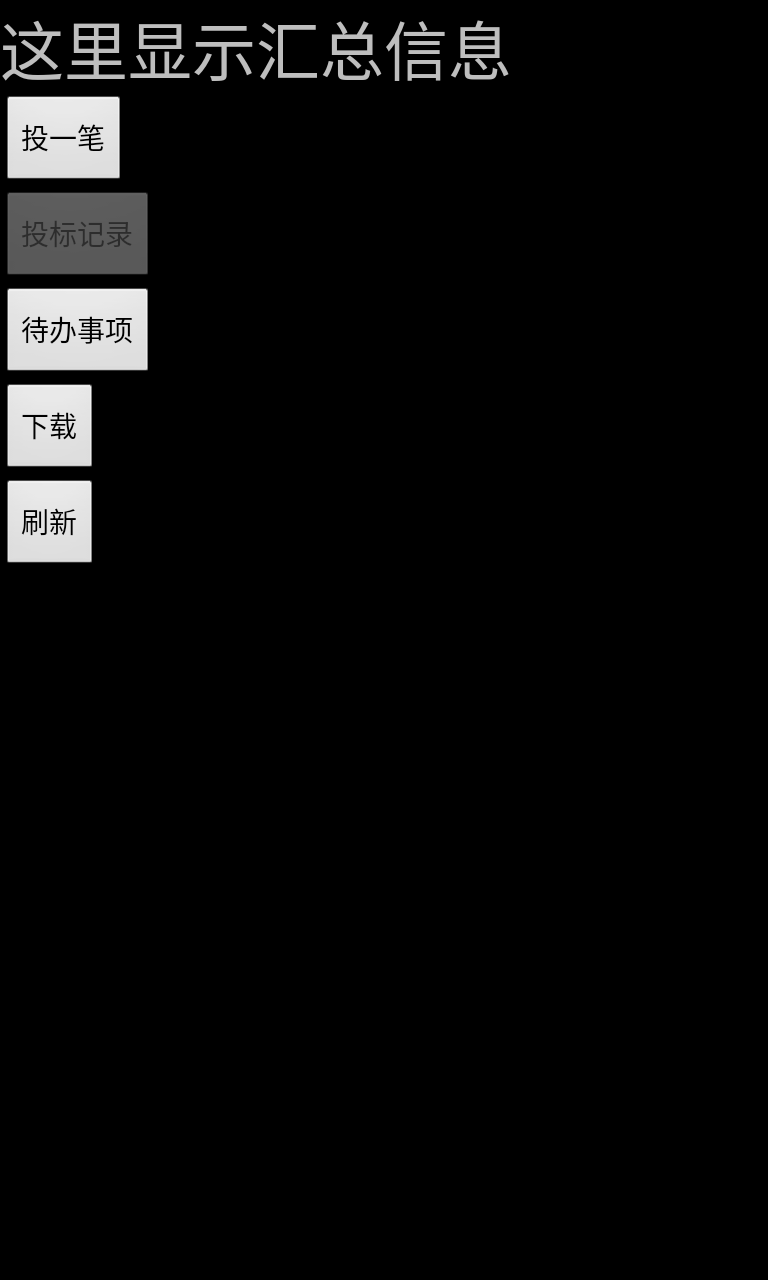
Repository: gongxinge/money-android
Layout: P2P/res/layout/main.xml
These files come from the project's save history. The layout is drawn as it stood at one moment and after a run of saves; the edit follows.
It is drawn on a 768 x 1280 px phone screen (xhdpi) without system bars, with theme android:Theme; the app's code is not run.

Above is the layout before, as saved 2015-06-28 07:33:07.

After the next 2 saves:
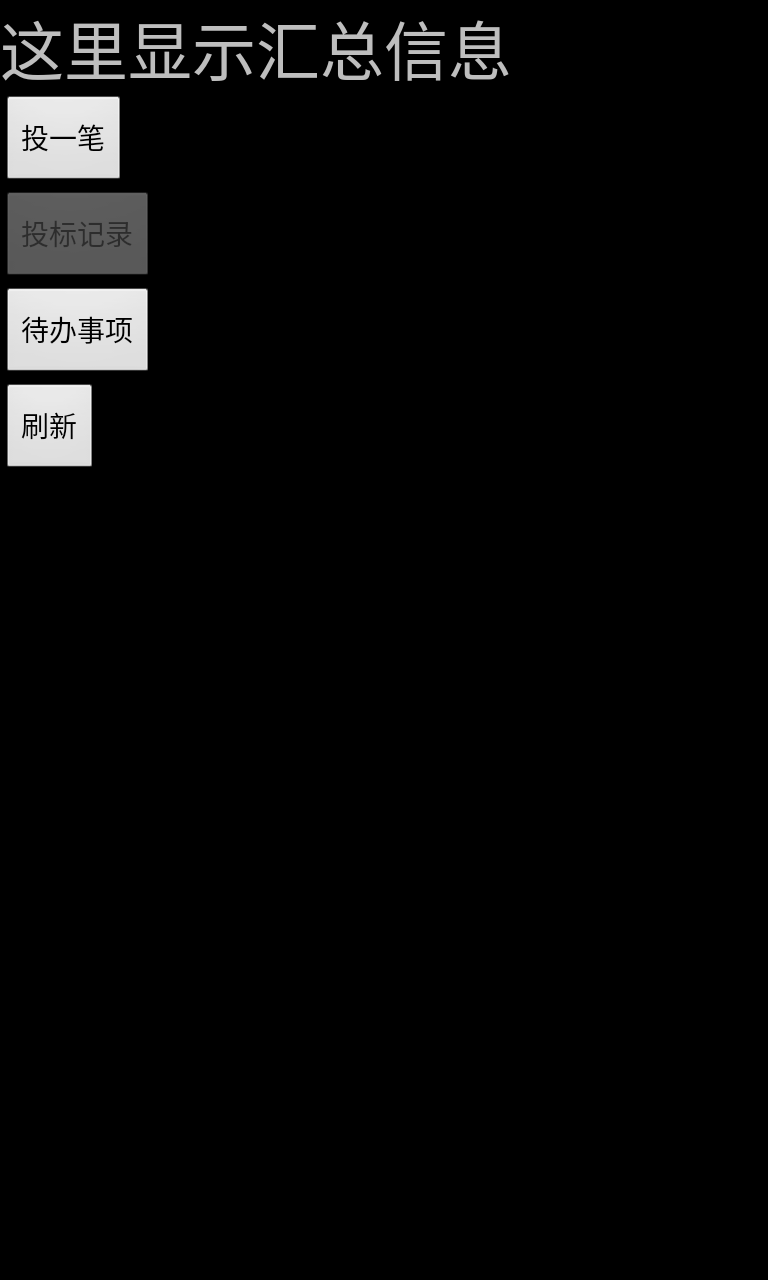
The 2 saves are shown as one change because they came seconds apart.
The last was saved 54 s later.
--- a/P2P/res/layout/main.xml
+++ b/P2P/res/layout/main.xml
@@ -2,21 +2,20 @@
 <LinearLayout xmlns:android="http://schemas.android.com/apk/res/android"
     android:layout_width="match_parent"
     android:layout_height="match_parent"
-    android:orientation="vertical"
-    >
+    android:orientation="vertical" >
 
     <TextView
         android:id="@+id/textView1"
         android:layout_width="wrap_content"
         android:layout_height="wrap_content"
         android:text="这里显示汇总信息"
-        android:textSize="32dp"/>
+        android:textSize="32dp" />
 
     <LinearLayout
         android:id="@+id/linearLayout1"
         android:layout_width="match_parent"
         android:layout_height="wrap_content"
-            android:orientation="vertical">
+        android:orientation="vertical" >
 
         <Button
             android:id="@+id/btnAddBill"
@@ -39,12 +38,6 @@
             android:text="待办事项" />
 
         <Button
-            android:id="@+id/btnDown"
-            android:layout_width="wrap_content"
-            android:layout_height="wrap_content"
-            android:text="下载" />
-
-                <Button
             android:id="@+id/btnResh"
             android:layout_width="wrap_content"
             android:layout_height="wrap_content"
